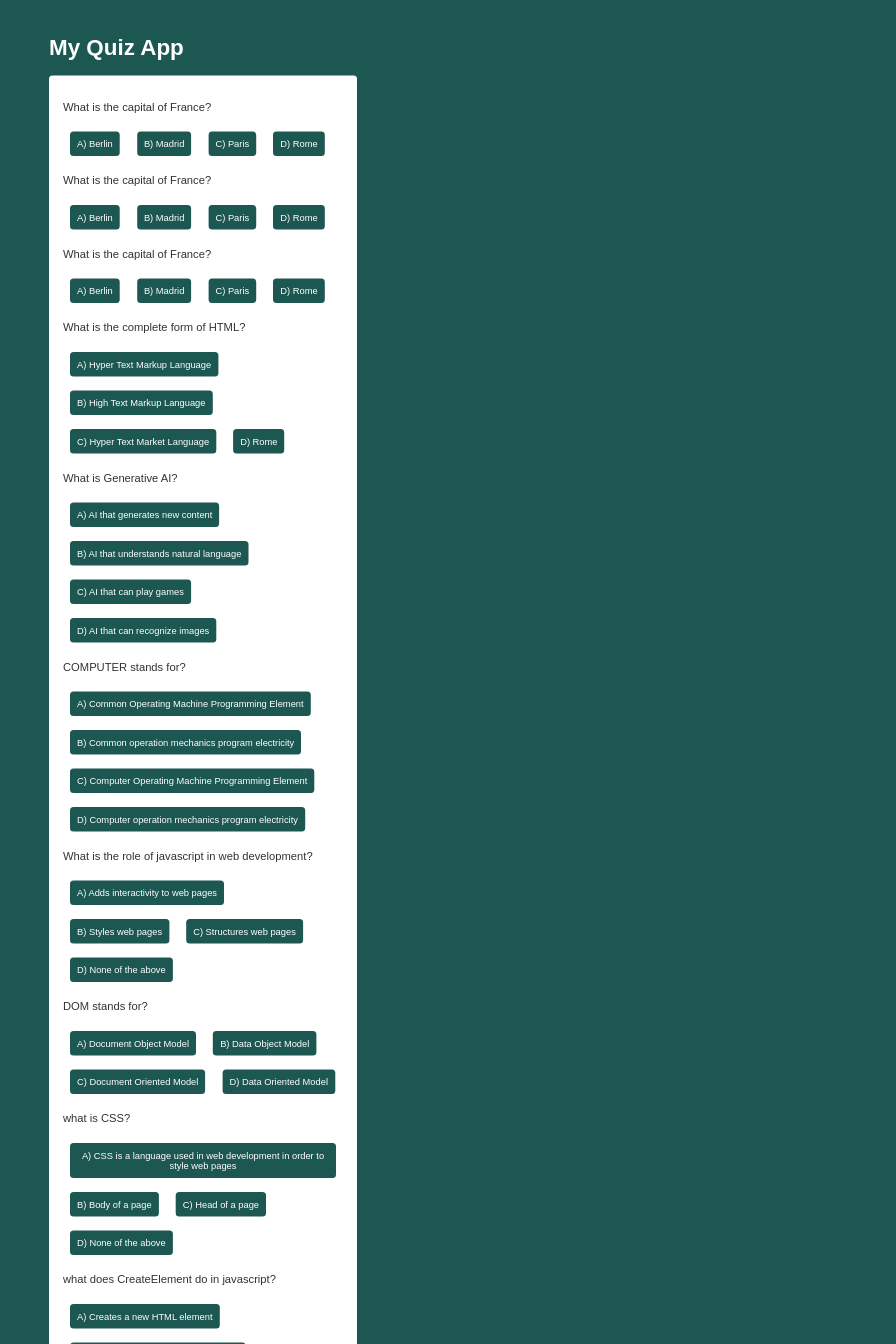
Repository: fatimaqueen9967-eng/SyntacexhubQuizApp
Page: index.html
An editor plug-in stored every save of this project. The page is shown before and after a run of saves, followed by the edit.
The browser window is 1280 px wide. The pictures show the part of the page from y = 0 to 1920 px (the page is 2891 px tall before and 720 px after), at 70% of full size.

Above is the page before, as saved 2026-03-15 06:30:01.

### index.html
<!DOCTYPE html>
<html lang="en">
<head>
    <meta charset="UTF-8">
    <meta name="viewport" content="width=device-width, initial-scale=1.0">
    <title>QUIZ APP</title>
    <link rel="stylesheet" href="style.css">
</head>
<body>
    <h1>My Quiz App</h1>
    <div class="box">
        <div class="question">
            <p>What is the capital of France?</p>
        </div>
        <div class="options">
            <button>A) Berlin</button>
            <button>B) Madrid</button>
            <button>C) Paris</button>
            <button>D) Rome</button>
        </div>
        <div class="question">
            <p>What is the capital of France?</p>
        </div>
        <div class="options">
            <button>A) Berlin</button>
            <button>B) Madrid</button>
            <button>C) Paris</button>
            <button>D) Rome</button>
        </div>
        <div class="question">
            <p>What is the capital of France?</p>
        </div>
        <div class="options">
            <button>A) Berlin</button>
            <button>B) Madrid</button>
            <button>C) Paris</button>
            <button>D) Rome</button>
        </div>
        <div class="question">
            <p>What is the complete form of HTML?</p>
        </div>
        <div class="options">
            <button>A) Hyper Text Markup Language</button>
            <button>B) High Text Markup Language</button>
            <button>C) Hyper Text Market Language</button>
            <button>D) Rome</button>
        </div>
        <div class="question">
            <p>What is Generative AI?</p>
        </div>
        <div class="options">
            <button>A) AI that generates new content</button>
            <button>B) AI that understands natural language</button>
            <button>C) AI that can play games</button>
            <button>D) AI that can recognize images</button>
        </div>
        <div class="question">
            <p>COMPUTER stands for?</p>
        </div>
        <div class="options">
            <button>A) Common Operating Machine Programming Element</button>
            <button>B) Common operation mechanics program electricity</button>
            <button>C) Computer Operating Machine Programming Element</button>
            <button>D) Computer operation mechanics program electricity</button>
        </div>
        <div class="question">
        <p>What is the role of javascript in web development?</p>
    </div>
    <div class="options">
        <button>A) Adds interactivity to web pages</button>
        <button>B) Styles web pages</button>
        <button>C) Structures web pages</button>
        <button>D) None of the above</button>
    </div>
        <div class="question">
        <p>DOM stands for?</p>
    </div>
    <div class="options">
        <button>A) Document Object Model</button>
        <button>B) Data Object Model</button>
        <button>C) Document Oriented Model</button>
        <button>D) Data Oriented Model</button>
    </div>
        <div class="question">
        <p>what is CSS?</p>
    </div>
    <div class="options">
        <button>A) CSS is a language used in web development in order to style web pages</button>
        <button>B) Body of a page</button>
        <button>C) Head of a page</button>
        <button>D) None of the above</button>
    </div>
        <div class="question">
        <p>what does CreateElement do in javascript?</p>
    </div>
    <div class="options">
        <button>A) Creates a new HTML element</button>
        <button>B) Removes an existing HTML element</button>
        <button>C) Modifies an existing HTML element</button>
        <button>D) None of the above</button>
    </div>
        <div class="question">
        <p>what is the use of addEventListener in javascript?</p>
    </div>
    <div class="options">
        <button>A) Adds an event listener to an HTML element</button>
        <button>B) Removes an event listener from an HTML element</button>
        <button>C) Modifies an event listener on an HTML element</button>
        <button>D) None of the above</button>
    </div>

        <div class="question">
        <p>Who is the founder of Microsoft?</p>
    </div>
    <div class="options">
        <button>A) Steve Jobs</button>
        <button>B) Bill Gates</button>
        <button>C) Mark Zuckerberg</button>
        <button>D) Elon Musk</button>
    </div>
        <div class="question">
        <p>What is Bootstrap?</p>
    </div>
    <div class="options">
        <button>A) A CSS framework</button>
        <button>B) A JavaScript library</button>
        <button>C) A front-end framework</button>
        <button>D) A back-end framework</button>
    </div>
        <div class="question">
        <p>what is the full form of CSS?</p>
    </div>
    <div class="options">
        <button>A) Cascading Style Sheets</button>
        <button>B) Computer Style Sheets</button>
        <button>C) Creative Style Sheets</button>
        <button>D) Colorful Style Sheets</button>
    </div>
    </div>


</body>
</html>

### style.css
body{
    background-color: #1c5752;
    font-family: Arial, sans-serif;
    margin-left: 50px;
    padding: 20px;
    color: #fff;
    justify-content: center;
    align-items: center;
}
h1 {
    align-items: center;
    /* color: #333; */
}
.box{
    /* height: 700px; */
    /* display: flex; */

    background-color: #fff;
    color: #333;
    padding: 20px;
    border-radius: 5px;
    margin-bottom: 20px;
    width: 400px;
    overflow-wrap: anywhere;
}
button {
    background-color: #1c5752;
    color: white;
    padding: 10px;
    margin: 10px;
    border: none;
    border-radius: 5px;
    cursor: pointer;
}

After the next 3 saves:
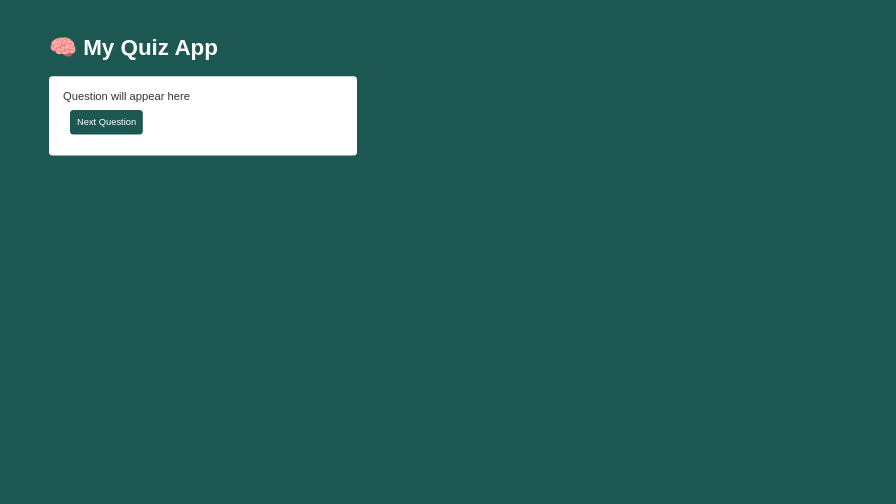
Not found: script.js
The 3 saves are shown as one change because they came seconds apart.
The last was saved 18 min 1 s later.
--- a/index.html
+++ b/index.html
@@ -1,4 +1,4 @@
-<!DOCTYPE html>
+<!-- <!DOCTYPE html>
 <html lang="en">
 <head>
     <meta charset="UTF-8">
@@ -140,4 +140,33 @@
 
 
 </body>
+</html> -->
+<!DOCTYPE html>
+<html lang="en">
+<head>
+<meta charset="UTF-8">
+<meta name="viewport" content="width=device-width, initial-scale=1.0">
+<title>Quiz App</title>
+<link rel="stylesheet" href="style.css">
+</head>
+
+<body>
+
+<h1>🧠 My Quiz App</h1>
+
+<div class="box">
+
+    <div id="question">Question will appear here</div>
+
+    <div id="options" class="options">
+        <!-- Buttons generated by JS -->
+    </div>
+
+    <button id="nextBtn">Next Question</button>
+
+</div>
+
+<script src="script.js"></script>
+
+</body>
 </html>
